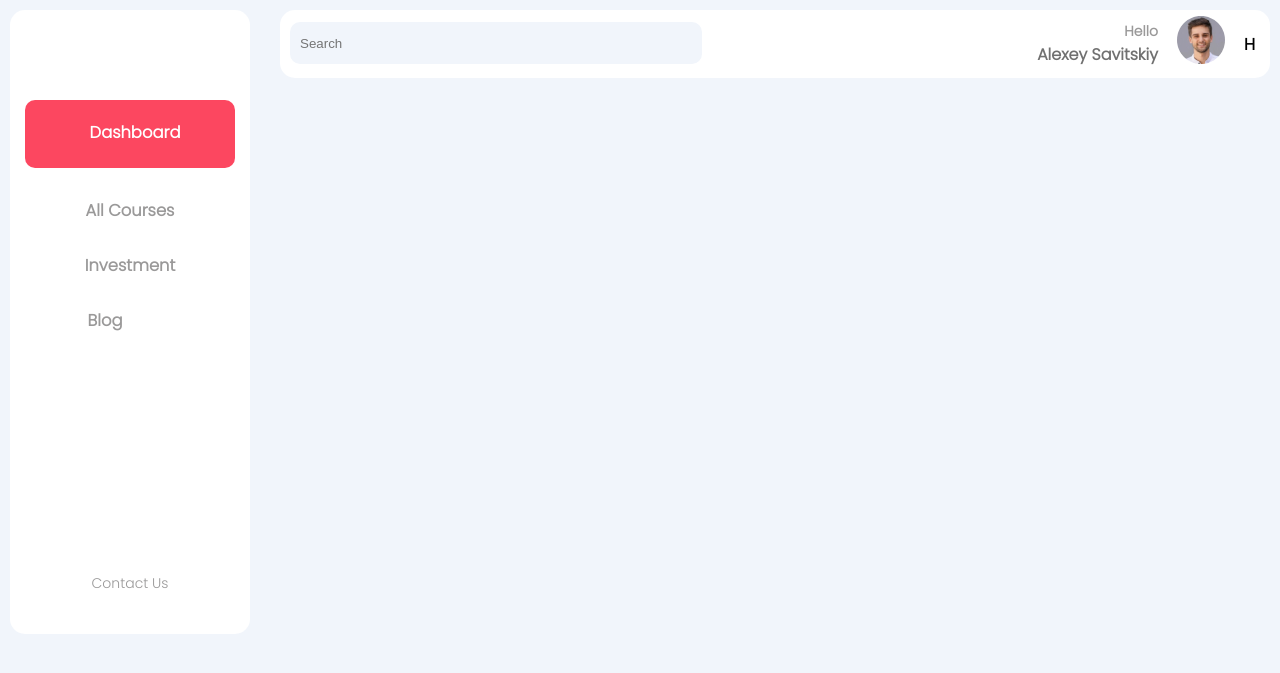
Repository: Anuruddha00/dashboard-design
Page: /
These files come from the project's save history. The page is drawn as it stood at one moment and after the next save; the edit follows.
The browser window is 1280 px wide. The pictures show the whole page.
The project was rebuilt for these pictures with package versions that can differ from the ones it lists, and the page was loaded fresh each time.

Above is the page before, as saved 2021-05-07 11:08:04.

After the next save:
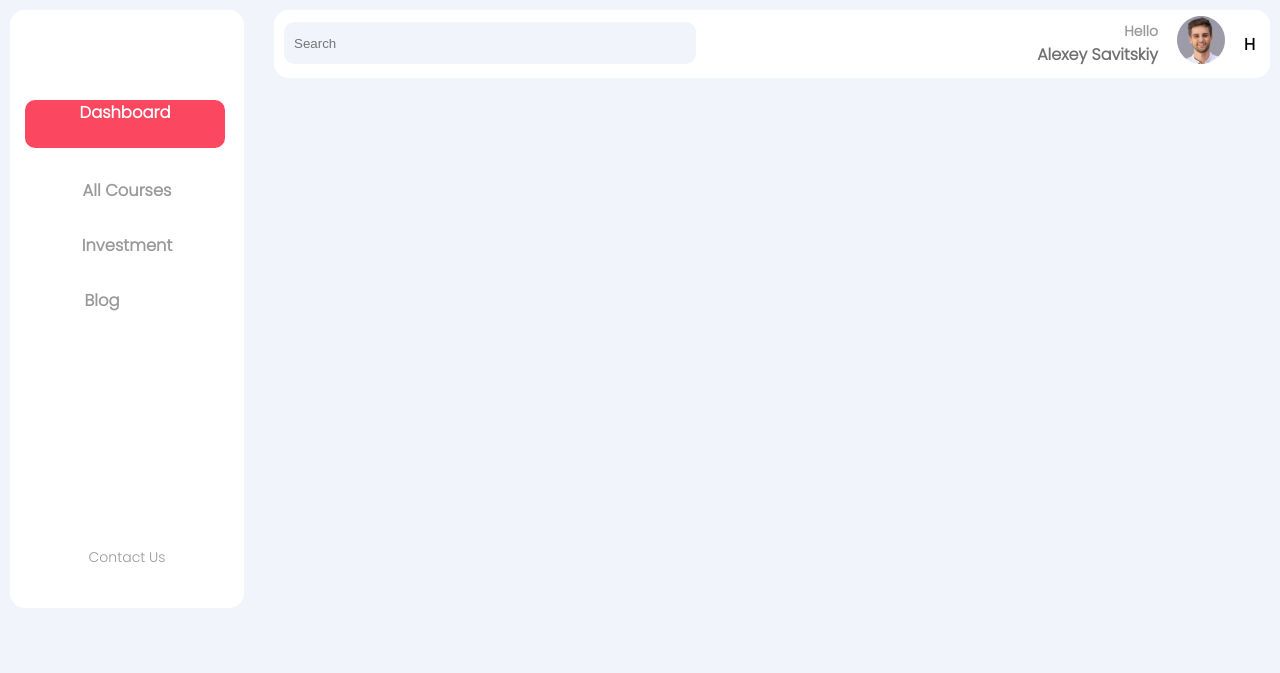
Saved 56 s later.
--- a/src/containers/Dashboard/Dashboard.scss
+++ b/src/containers/Dashboard/Dashboard.scss
@@ -29,11 +29,9 @@ body{
                 font-size: 14px;
 
                 &Dashboard{
-                    background:#fc4760;
+                    background-color:#fc4760;
                     border-radius: 10px;
                     text-align: center;
-                    padding-left: 10px;
-                    padding-top: 20px;
                     margin: 10px 15px 10px 15px;
                     width: 200px;
                     height: 48px;
